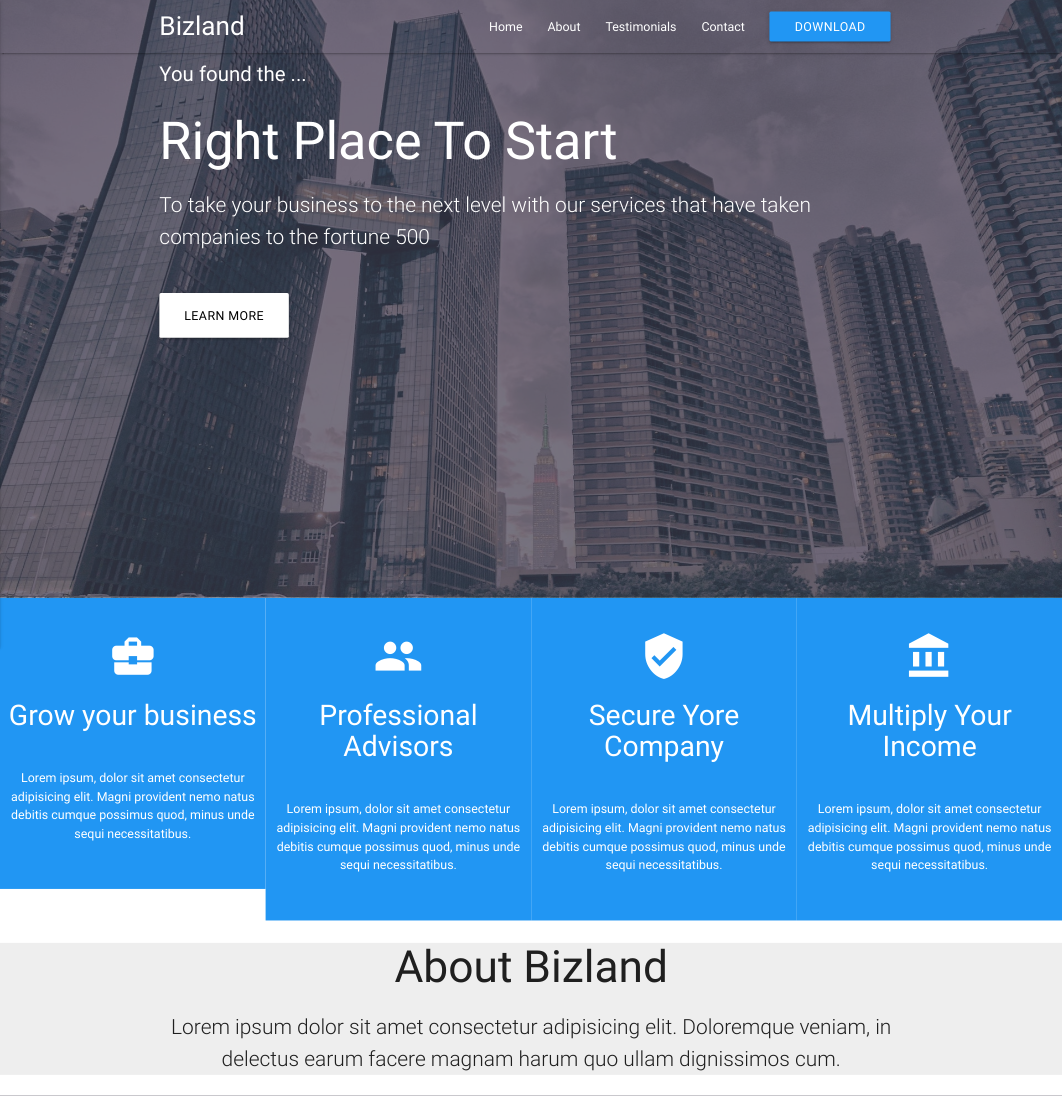
Repository: farrdy/bizland
Page: index.html
An editor plug-in stored every save of this project. The page is shown before and after the next save, followed by the edit.
The browser window is 1280 px wide. The pictures show the whole page, at 83% of full size.
Some web libraries are served in a nearby version.

Above is the page before, as saved 2020-01-05 13:34:21.

After the next save:
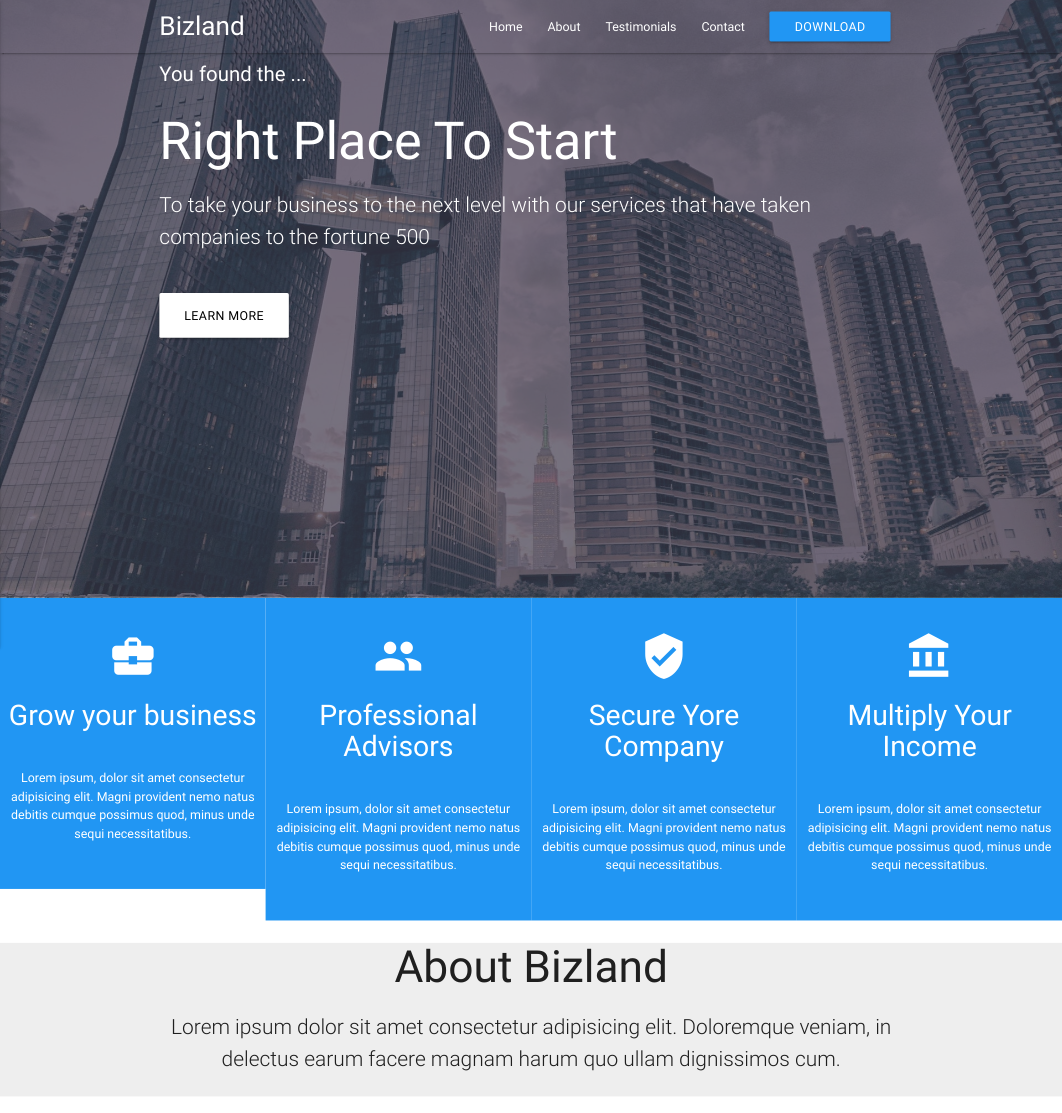
Saved 57 s later.
--- a/index.html
+++ b/index.html
@@ -144,6 +144,9 @@
           veniam, in delectus earum facere magnam harum quo ullam dignissimos
           cum.
         </p>
+        <div class="row">
+          <div class="col s12 m6"></div>
+        </div>
       </div>
     </section>
 
